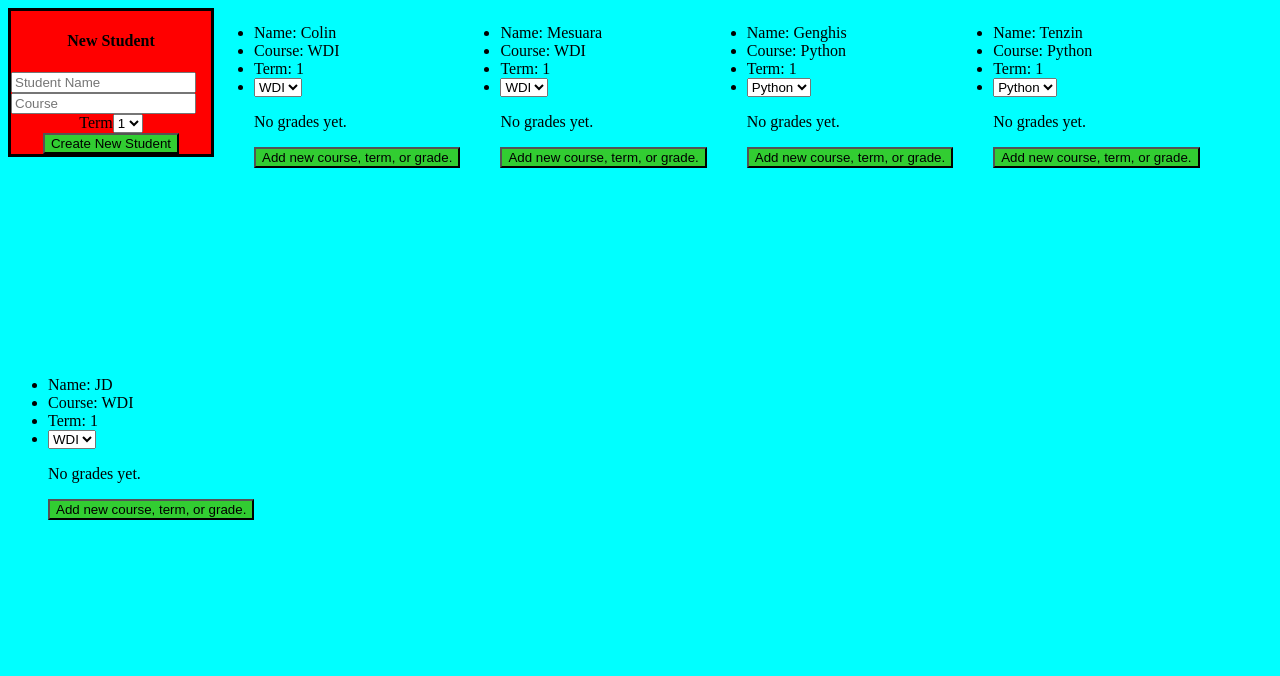
Repository: EdmontDantes/graderaide-ui
Page: index.html
An editor plug-in stored every save of this project. The page is shown before and after the next save, followed by the edit.
The browser window is 1280 px wide. The pictures show the whole page.

Above is the page before, as saved 2020-04-21 14:41:14.

### index.html
<html lang="en">
  <head>
    <title>Graderaide</title>
    <meta charset="UTF-8">
    <meta name="viewport" content="width=device-width, initial-scale=1">
    <link rel="stylesheet" type="text/css" href="style.css">
  </head>

  <body>
    <section class="app">
      <section class="student-display">

      <section class="new-student-input">
        <h1 id="text-h1-creation-section">New Student</h1>

        <div id="new-student-input-boxes">
          <!-- <label for="new-student-name">Student Name</label> -->
          <input id="new-student-name-input-box"type="text" class="new-student-name" name="new-student-name" placeholder="Student Name">
          <!-- <label for="new-student-course">Course</label> -->
          <input id="new-student-course-input-box" type="text" class="new-student-course" name="new-student-course" placeholder="Course">
        </div>

        <div id="new-student-input-options"
          <label for="new-student-term">Term</label>
          <select class="new-student-term" name="new-student-term">
            <option value="1">1</option>
            <option value="2">2</option>
            <option value="3">3</option>
          </select>
        </div>
        <section class="new-student-submit">
          <button type="submit" class="new-student-button">Create New Student</button>
        </section>
      </section>
    </section>

      <section class="student-display">
        <ul class="student-info">
          <li>Name: Colin</li>
          <li>Course: WDI</li>
          <li>Term: 1</li>
          <li>
            <select class="course-selection">
              <option value="wdi">WDI</option>
            </select>
            <p>No grades yet.</p>
          </li><button>Add new course, term, or grade.</button>
        </ul>
      </section>
      <section class="student-display">
        <ul class="student-info">
          <li>Name: Mesuara</li>
          <li>Course: WDI</li>
          <li>Term: 1</li>
          <li>
            <select class="course-selection">
              <option value="wdi">WDI</option>
            </select>
            <p>No grades yet.</p>
          </li><button>Add new course, term, or grade.</button>
        </ul>
      </section>

      <section class="student-display">
        <ul class="student-info">
          <li>Name: Genghis</li>
          <li>Course: Python</li>
          <li>Term: 1</li>
          <li>
            <select class="course-selection">
              <option value="python">Python</option>
            </select>
            <p>No grades yet.</p>
          </li><button>Add new course, term, or grade.</button>
        </ul>
      </section>

      <section class="student-display">
        <ul class="student-info">
          <li>Name: Tenzin</li>
          <li>Course: Python</li>
          <li>Term: 1</li>
          <li>
            <select class="course-selection">
              <option value="python">Python</option>
            </select>
            <p>No grades yet.</p>
          </li><button>Add new course, term, or grade.</button>
        </ul>
      </section>

      <section class="student-display">
        <ul class="student-info">
          <li>Name: JD</li>
          <li>Course: WDI</li>
          <li>Term: 1</li>
          <li>
            <select class="course-selection">
              <option value="wdi">WDI</option>
            </select>
            <p>No grades yet.</p>
          </li><button>Add new course, term, or grade.</button>
        </ul>
      </section>
      </section>
    </section>
  </body>
</html>

### style.css
@media (min-width: 601px) and (max-width: 1100px);
body {
    background-color: aqua;
    display: flex;
    flex-wrap: wrap;
    justify-content: center;
}

.app {
    display: flex;
    flex-direction: row;
    flex-wrap: wrap;
}

#text-h1-creation-section {
    display: flex;
    flex-wrap: wrap;
    justify-content: center;
}

#new-student-input-options {
    display: flex;
    flex-wrap: wrap;
    justify-content: center;
}

.new-student-submit {
    display: flex;
    flex-wrap: wrap;
    justify-content: center;
}

.new-student-input {
    width: 200px;
    background-color: red;
    border: 3px solid black;

}
button {
    background-color: limegreen ;
}

After the next save:
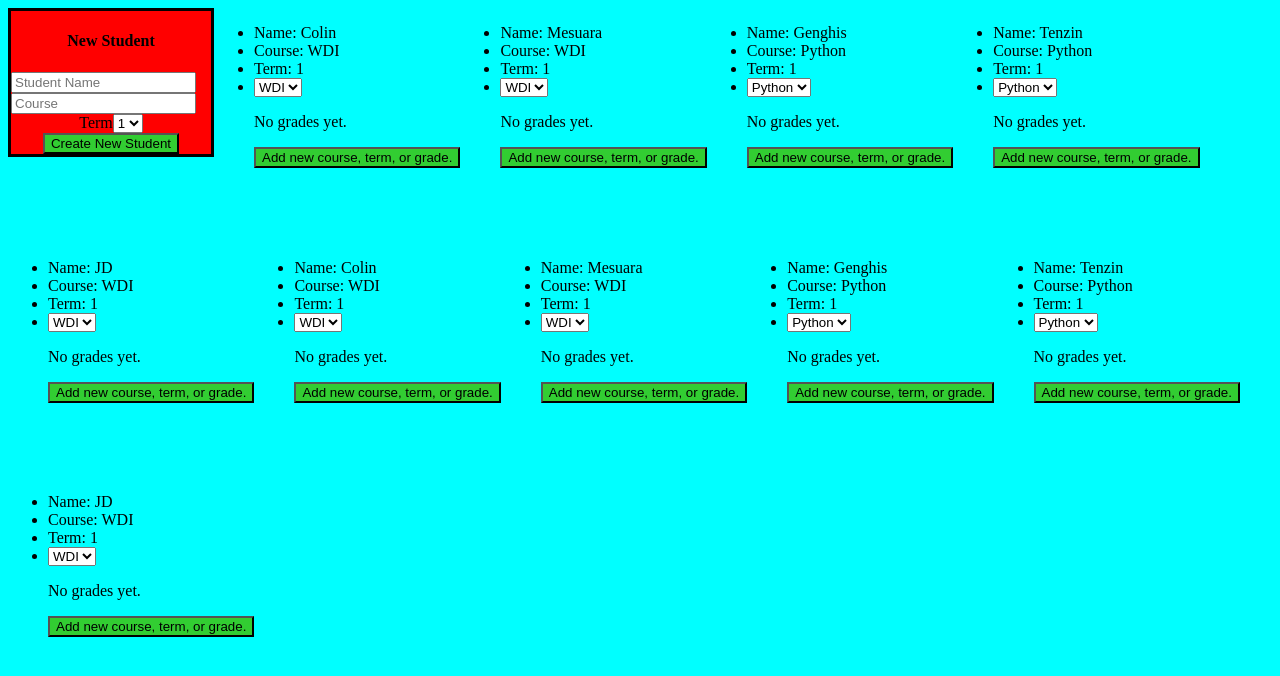
Saved 53 s later.
--- a/index.html
+++ b/index.html
@@ -102,6 +102,75 @@
           </li><button>Add new course, term, or grade.</button>
         </ul>
       </section>
+
+      <section class="student-display">
+        <ul class="student-info">
+          <li>Name: Colin</li>
+          <li>Course: WDI</li>
+          <li>Term: 1</li>
+          <li>
+            <select class="course-selection">
+              <option value="wdi">WDI</option>
+            </select>
+            <p>No grades yet.</p>
+          </li><button>Add new course, term, or grade.</button>
+        </ul>
+      </section>
+      <section class="student-display">
+        <ul class="student-info">
+          <li>Name: Mesuara</li>
+          <li>Course: WDI</li>
+          <li>Term: 1</li>
+          <li>
+            <select class="course-selection">
+              <option value="wdi">WDI</option>
+            </select>
+            <p>No grades yet.</p>
+          </li><button>Add new course, term, or grade.</button>
+        </ul>
+      </section>
+
+      <section class="student-display">
+        <ul class="student-info">
+          <li>Name: Genghis</li>
+          <li>Course: Python</li>
+          <li>Term: 1</li>
+          <li>
+            <select class="course-selection">
+              <option value="python">Python</option>
+            </select>
+            <p>No grades yet.</p>
+          </li><button>Add new course, term, or grade.</button>
+        </ul>
+      </section>
+
+      <section class="student-display">
+        <ul class="student-info">
+          <li>Name: Tenzin</li>
+          <li>Course: Python</li>
+          <li>Term: 1</li>
+          <li>
+            <select class="course-selection">
+              <option value="python">Python</option>
+            </select>
+            <p>No grades yet.</p>
+          </li><button>Add new course, term, or grade.</button>
+        </ul>
+      </section>
+
+      <section class="student-display">
+        <ul class="student-info">
+          <li>Name: JD</li>
+          <li>Course: WDI</li>
+          <li>Term: 1</li>
+          <li>
+            <select class="course-selection">
+              <option value="wdi">WDI</option>
+            </select>
+            <p>No grades yet.</p>
+          </li><button>Add new course, term, or grade.</button>
+        </ul>
+      </section>
       </section>
     </section>
   </body>
